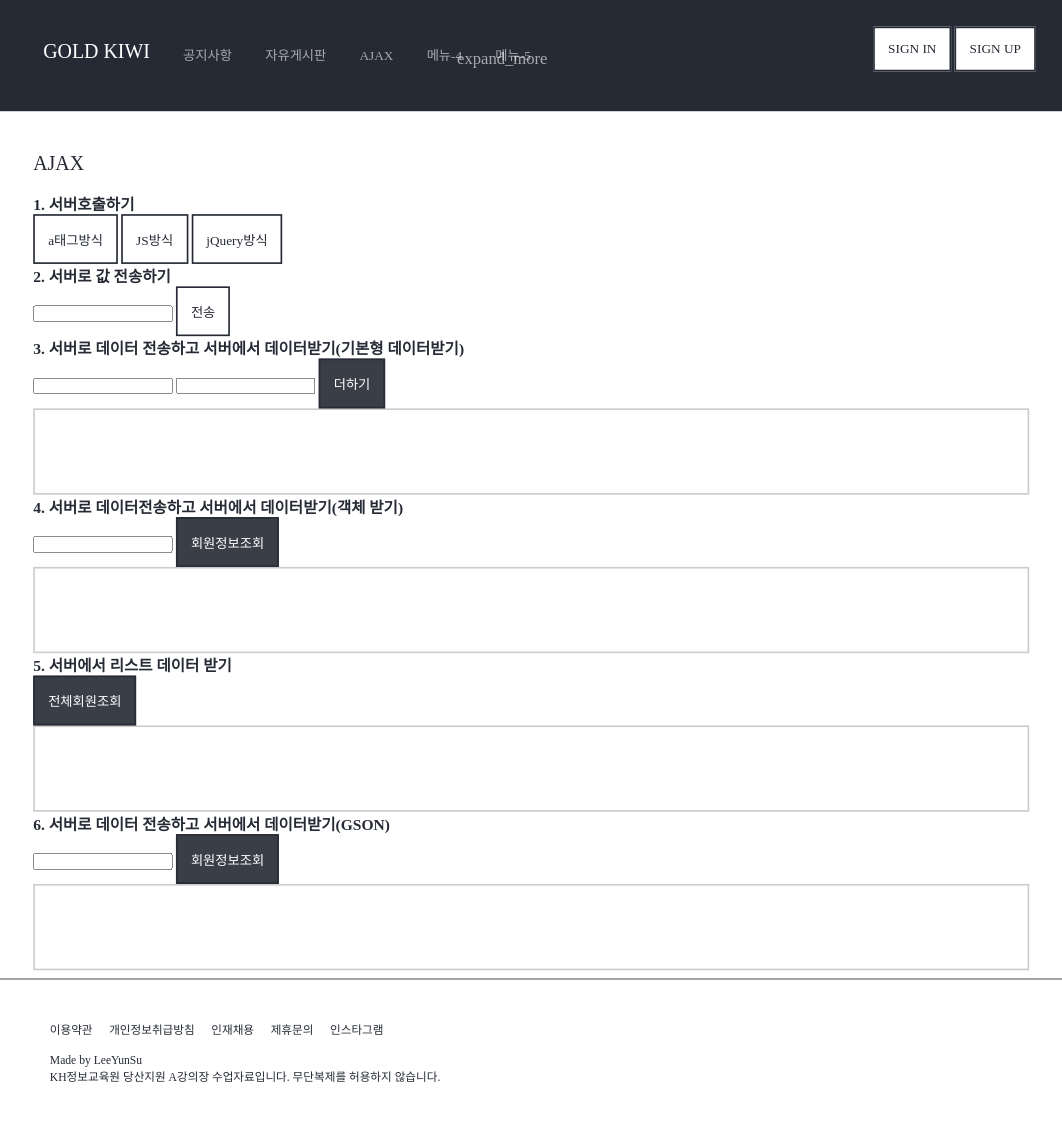
Repository: RiboKim/web-workspace
Page: http://localhost/07_mvc2WebProject/ajax.do
The author's editor kept a copy of each file at every save. The page is drawn from the files as they stood at one save, then again after the next save.
The browser window is 1280 px wide. The pictures show the whole page, at 83% of full size.
Some web fonts or font styles are not loaded; a fallback is used. The page is served by Tomcat 9.

Above is the page before, as saved 2023-02-21 05:09:22.

After the next save:
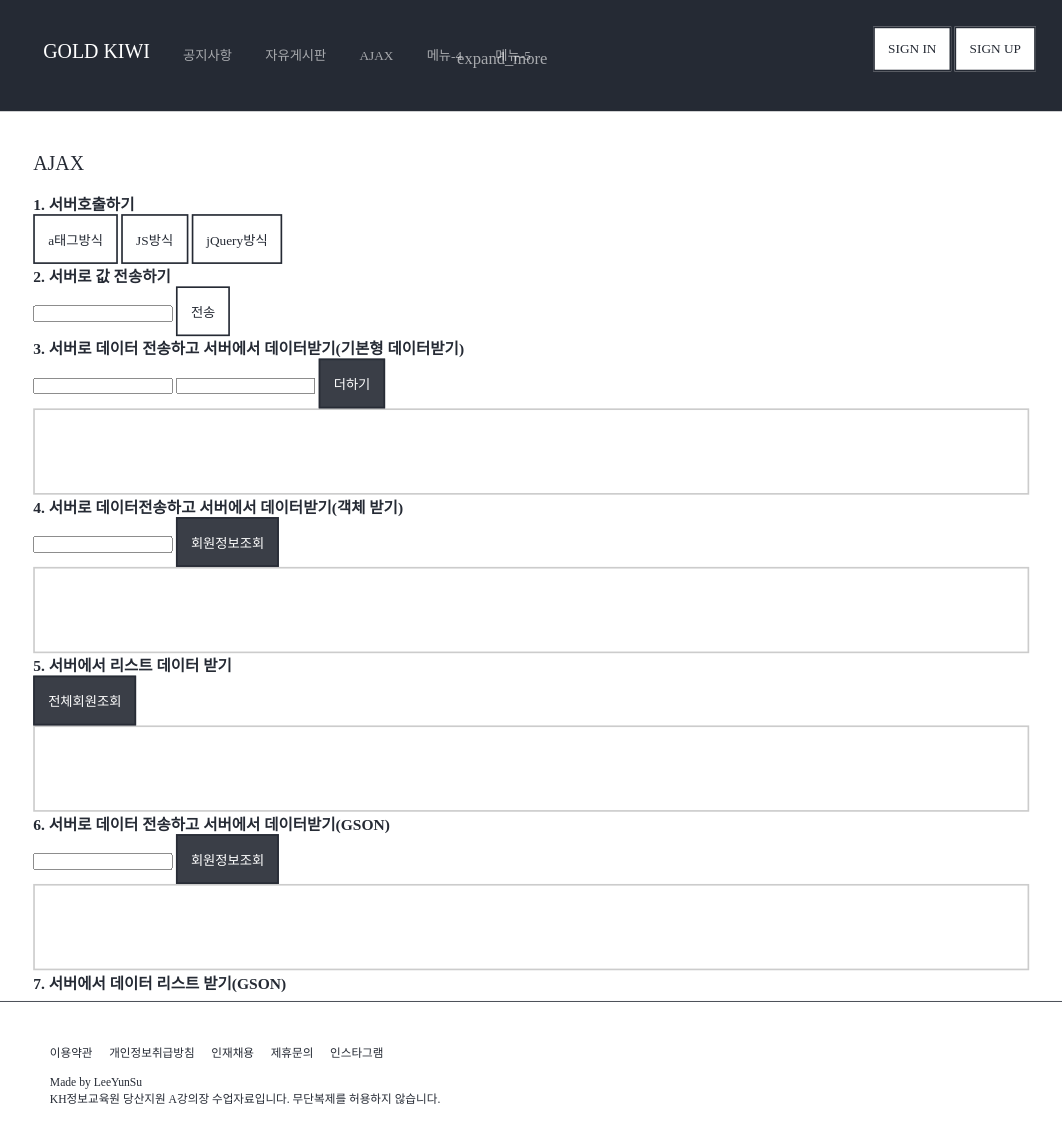
Saved 3 min 0 s later.
--- a/07_mvc2WebProject/src/main/webapp/WEB-INF/views/etc/ajax.jsp
+++ b/07_mvc2WebProject/src/main/webapp/WEB-INF/views/etc/ajax.jsp
@@ -44,6 +44,8 @@
 		<input type="text" id="input6">
 		<button class="btn bc1" id="jQ6">회원정보조회</button>
 		<p class="ajaxResult" id="result6"></p>
+
+		<h3>7. 서버에서 데이터 리스트 받기(GSON)</h3>
 	</div>
 	<script>
 		$("#js").on("click",function(){
